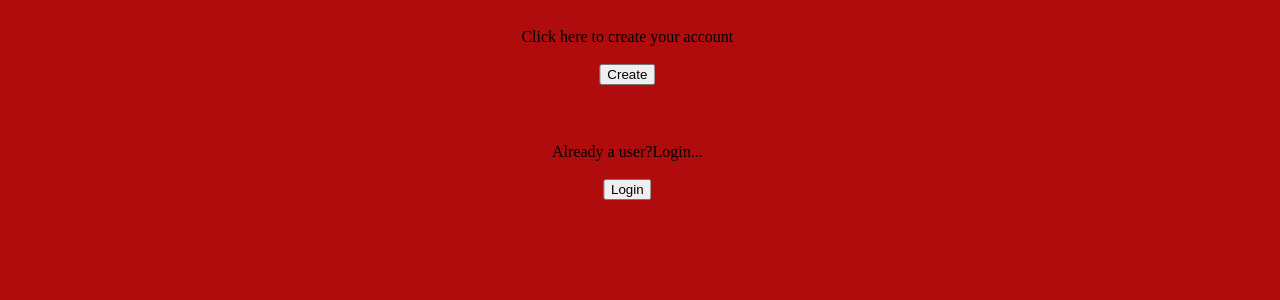
Repository: rosikraj/TurbifyTraining
Page: Wallet/WebContent/button.html
These files come from the project's save history. The page is drawn as it stood at one moment and after the next save; the edit follows.
The browser window is 1280 px wide. The pictures show the whole page.

Above is the page before, as saved 2023-09-24 06:00:31.

After the next save:
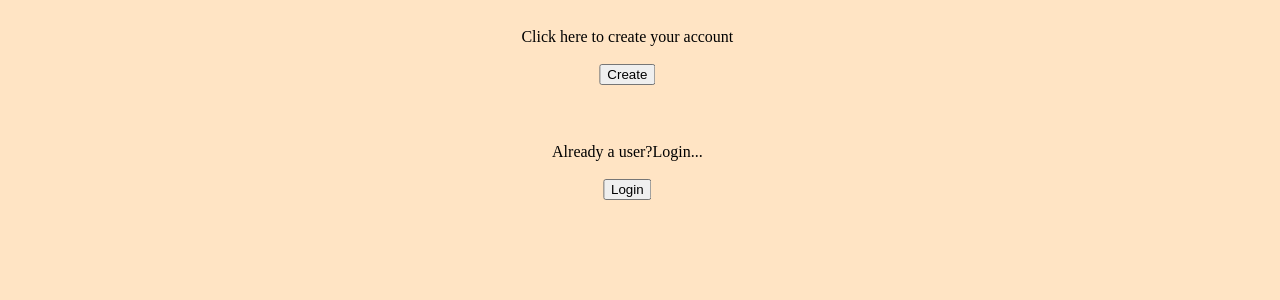
Saved 111 s later.
--- a/Wallet/WebContent/button.html
+++ b/Wallet/WebContent/button.html
@@ -20,7 +20,7 @@
     	}
     </style>
 </head>
-<body bgcolor="Biscue" text="black">
+<body bgcolor="Bisque" text="black">
 <center>
 <form method="post" action="create.jsp">
 Click here to create your account<br><br>
